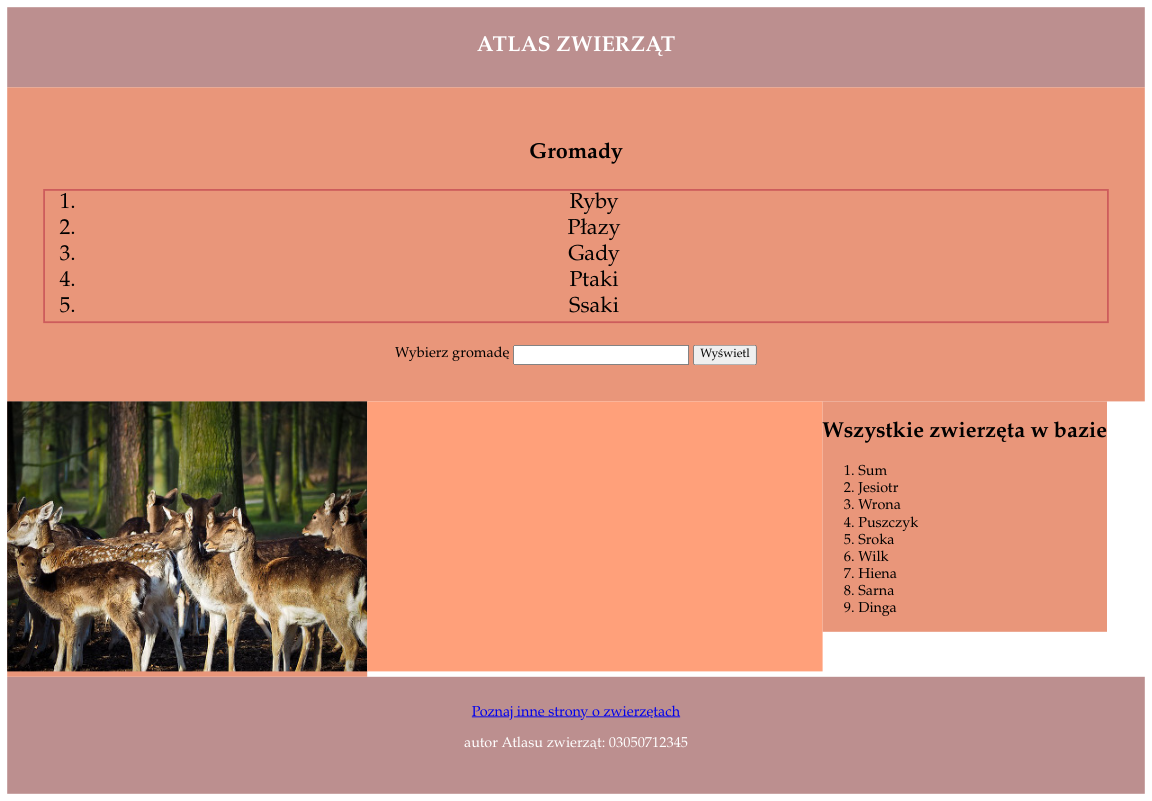
Repository: Lenerystia/HTML
Page: Zad.egz_3/index.html
The author's editor kept a copy of each file at every save. The page is drawn from the files as they stood at one save, then again after the next save.
The browser window is 1280 px wide. The pictures show the whole page, at 90% of full size.

Above is the page before, as saved 2021-12-22 13:57:34.

### Zad.egz_3/index.html
<!DOCTYPE html>
<head>
    <meta http-equiv="content-type" type="text/html" charset="UTF-8">
    <title>Dane o zwierzętach</title>
    <link rel="stylesheet" href="styl3.css">
</head>
<body>
    <section class="baner">
        <h1>ATLAS ZWIERZĄT</h1>
    </section>
    <section class="formularz">
        <h2>Gromady</h2>
        <ol>
            <li>Ryby</li>
            <li>Płazy</li>
            <li>Gady</li>
            <li>Ptaki</li>
            <li>Ssaki</li>
        </ol>
        <form action="http://www.przykładowastrona.com" method="post">Wybierz gromadę
            <input type="number" name="Wybierz gromadę" id="gromada">
            <input type="submit" value="Wyświetl">
        </form>
    </section>
    <section class="glownyLewy">
        <img src="zwierzeta.jpg" alt="dzikie zwierzęta">
    </section>
    <section class="glownySrodkowy">

    </section>
    <section class="glownyPrawy">
        <h2>Wszystkie zwierzęta w bazie</h2>
        <ol>
            <li>Sum</li>
            <li>Jesiotr</li>
            <li>Wrona</li>
            <li>Puszczyk</li>
            <li>Sroka</li>
            <li>Wilk</li>
            <li>Hiena</li>
            <li>Sarna</li>
            <li>Dinga</li>
        </ol>
    </section>
    <section class="stopka">
        <a href="atlas-zwierzat.pl" target="_blank">Poznaj inne strony o zwierzętach</a>
        <p>autor Atlasu zwierząt: 03050712345</p>
    </section>
</body>
</html>

### Zad.egz_3/styl3.css
*{
    font-family: Garamond;
}
.baner{
    background-color: rosybrown;
    color: white;
    text-align: center;
    padding: 10px;
}
.formularz{
    background-color: darksalmon;
    text-align: center;
    padding: 40px;
}
.glownyLewy, .glownyPrawy{
    background-color: darksalmon;
    width:
}
.glownyLewy{
    float: left;
}
.glownySrodkowy{
    background-color: lightsalmon;
    height: 300px;
    width: 40%;
    float: left;
}
.glownyPrawy{
    float: left;
}
.stopka{
    background-color: rosybrown;
    color: white;
    text-align: center;
    padding: 30px;
    clear: both;
}
.formularz ol{
    border: 2px solid rgb(205, 92, 92);
    font-size: 150%;
}

After the next save:
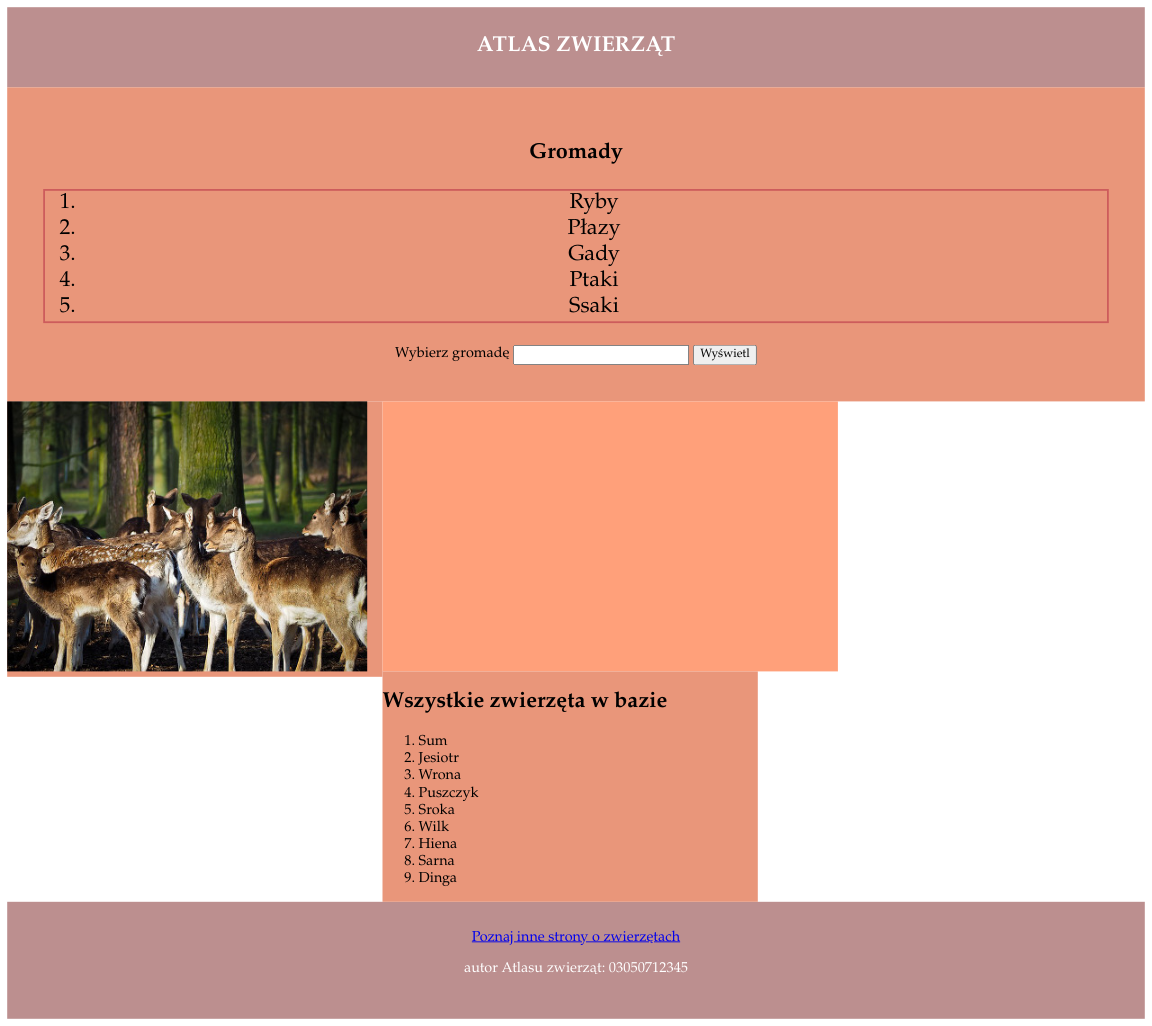
Saved 3 s later.
--- a/Zad.egz_3/styl3.css
+++ b/Zad.egz_3/styl3.css
@@ -14,7 +14,7 @@
 }
 .glownyLewy, .glownyPrawy{
     background-color: darksalmon;
-    width:
+    width: 33%
 }
 .glownyLewy{
     float: left;
